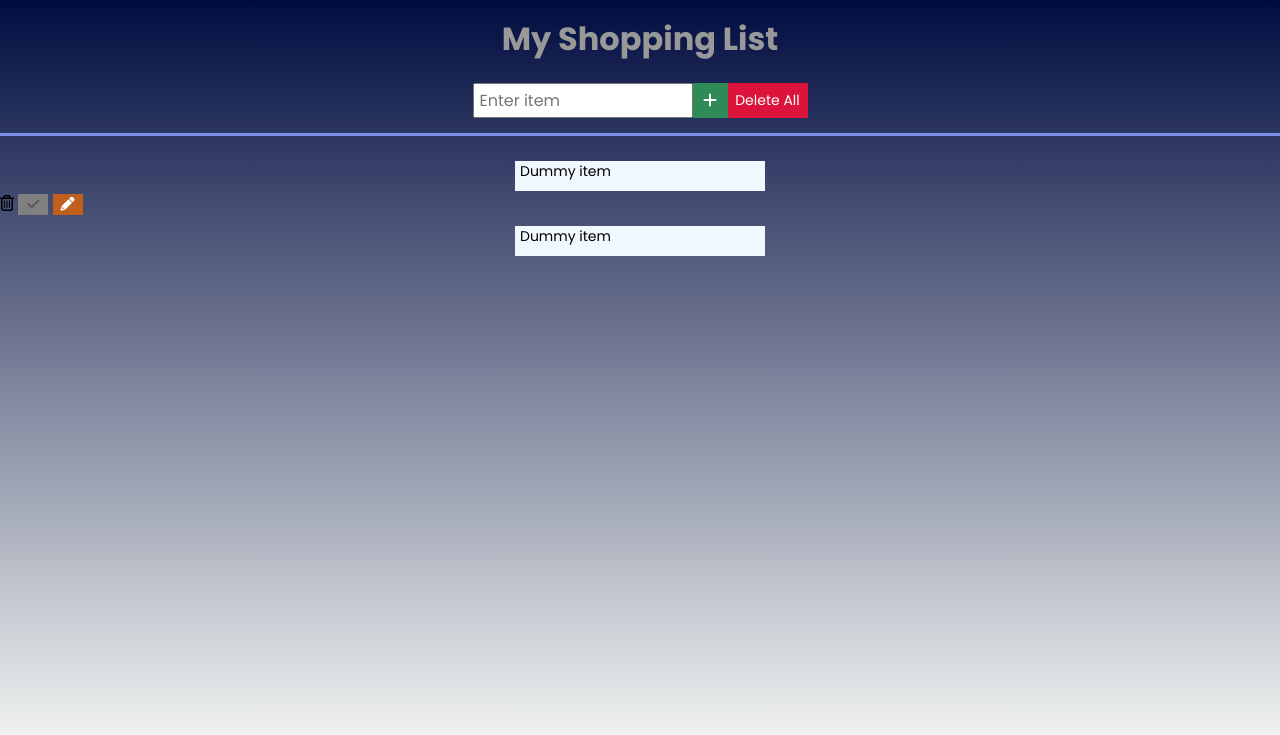
Repository: SaadYasin/shopping-list01-js
Page: index.html
These files come from the project's save history. The page is drawn as it stood at one moment and after the next save; the edit follows.
The browser window is 1280 px wide. The pictures show the whole page.

Above is the page before, as saved 2021-12-05 19:06:01.

After the next save:
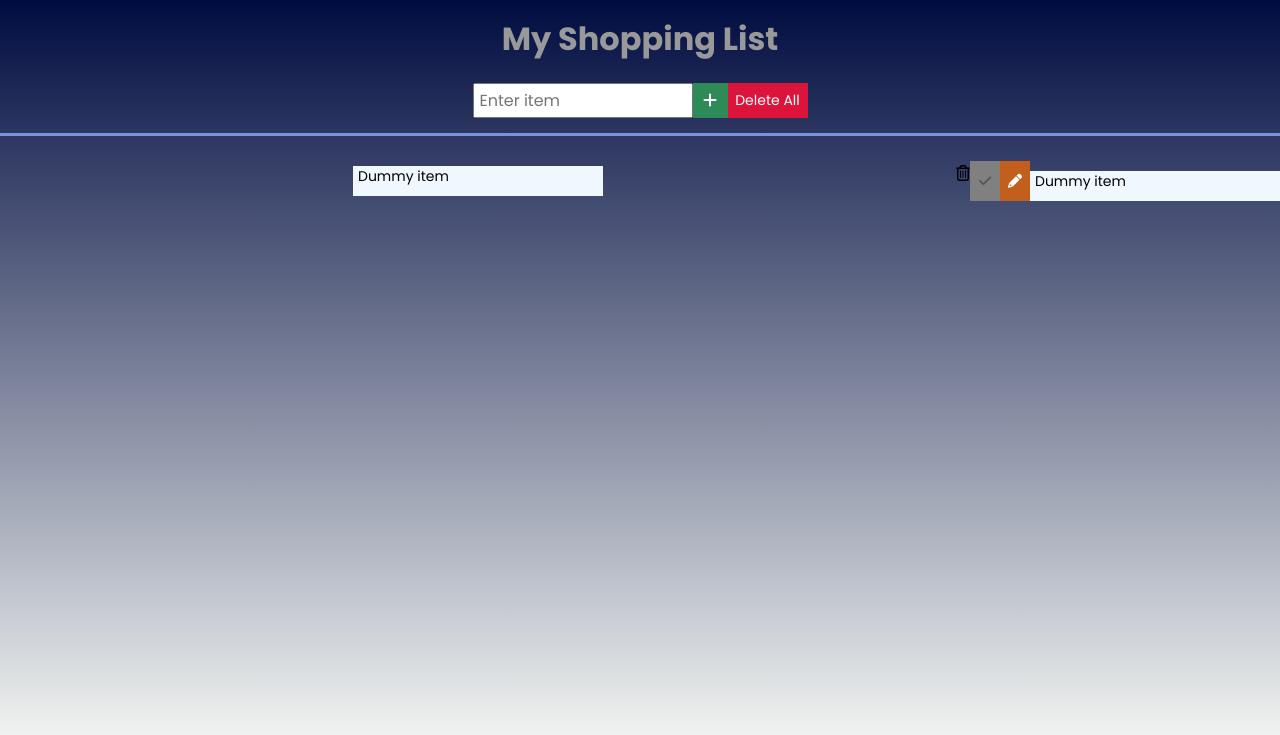
Saved 14 s later.
--- a/index.html
+++ b/index.html
@@ -30,7 +30,7 @@
 
         <div class="container">
             <ul id="items-list">
-                <!-- <div class="list-line"> -->
+                <div class="list-line">
                     <li class="item">Dummy item</li>
                     <span><i class="far fa-trash-alt"></i></span>
                     <button class="btn btn-done"><i class="fas fa-check"></i></button>
